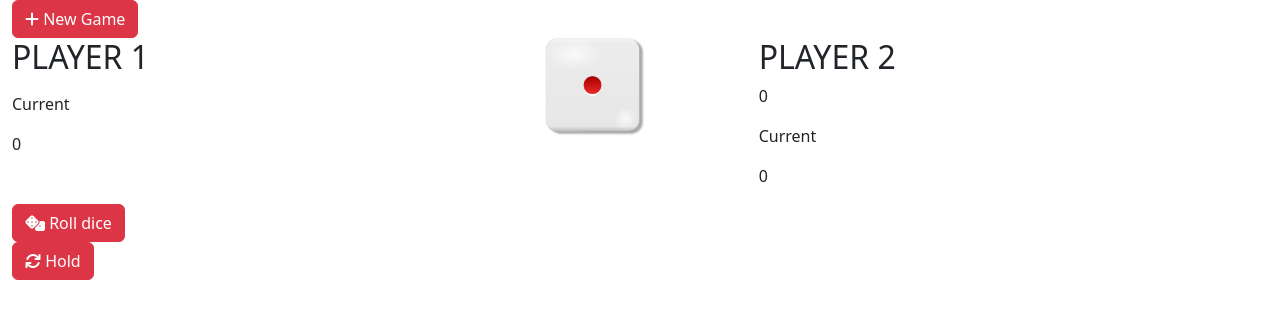
Repository: haifabilel/Eval_JAVASCRIPT
Page: index.html
An editor plug-in stored every save of this project. The page is shown before and after the next save, followed by the edit.
The browser window is 1280 px wide. The pictures show the whole page.
Some web libraries are served in a nearby version.

Above is the page before, as saved 2023-06-02 17:52:57.

### index.html
<!DOCTYPE html>
<html lang="fr">
<head>
    <meta charset="UTF-8">
    <meta http-equiv="X-UA-Compatible" content="IE=edge">
    <meta name="viewport" content="width=device-width, initial-scale=1.0">
    <title>GameEval</title>
    <!-- Bootstrap -->
    <link href="https://cdn.jsdelivr.net/npm/bootstrap@5.3.0-alpha3/dist/css/bootstrap.min.css" rel="stylesheet" integrity="sha384-KK94CHFLLe+nY2dmCWGMq91rCGa5gtU4mk92HdvYe+M/SXH301p5ILy+dN9+nJOZ" crossorigin="anonymous">
    <!-- Bootstrap icons CSS -->
    <link rel="stylesheet" href="https://cdn.jsdelivr.net/npm/bootstrap-icons@1.6.1/font/bootstrap-icons.css">
    <!-- font awesome cdn link-->
    <link rel="stylesheet" href="https://cdnjs.cloudflare.com/ajax/libs/font-awesome/6.3.0/css/all.min.css" integrity="sha512-SzlrxWUlpfuzQ+pcUCosxcglQRNAq/DZjVsC0lE40xsADsfeQoEypE+enwcOiGjk/bSuGGKHEyjSoQ1zVisanQ==" crossorigin="anonymous" referrerpolicy="no-referrer">
    <!-- CSS Link -->
    <link rel="stylesheet" href="style.css">
</head>
<body>
    <div class="container-fluid" >
     <header>
         <button class="btn btn_newGame btn-danger"><i class="fa-solid fa-plus"></i> New Game</button>
    </header>
    <main>
        <div class="row">
            <!-- Player One  -->
            <div class="col-sm-5 mx-auto">
                <section class="player player_0 player_active">
                    <h2 class="label" id="label_0">PLAYER 1</h2>
                    <p class="score" id="score_0" ></p>
                    <div class="current">
                        <p class="current_label">Current</p>
                        <p class="current_score" id="current_0">0</p>
                    </div>
                </section>
            </div>
            <!-- Dice image -->
            <div class="col-sm-2 mx-auto">
                <img src="/asset//dice1.png" alt="imageDice" class="dice" style="width: 100px;">
            </div>
             <!-- Player Tow  -->
             <div class="col-sm-5 mx-auto">
                <section class="player player_1">
                    <h2 class="label" id="label_1">PLAYER 2</h2>
                    <p class="score" id="score_1">0</p>
                    <div class="current">
                        <p class="current_label">Current</p>
                        <p class="current_score" id="current_1">0</p>
                    </div>
                </section>
             </div>
        </div>
    </main>
    <!-- Button RollDice -->
    <div class="button_roll">
        <button class="btn btn_hold btn-danger"><i class="fa-solid fa-dice"></i> Roll dice</button>
    </div>
    <div class="button_hold">
        <button class="btn btn_hold btn-danger"><i class="fa-solid fa-arrows-rotate"></i> Hold</button>
    </div>
    </div>


    <script src="https://code.jquery.com/jquery-3.5.1.slim.min.js" integrity="sha384-DfXdz2htPH0lsSSs5nCTpuj/zy4C+OGpamoFVy38MVBnE+IbbVYUew+OrCXaRkfj" crossorigin="anonymous"></script>
    <script src="https://cdn.jsdelivr.net/npm/popper.js@1.16.0/dist/umd/popper.min.js" integrity="sha384-Q6E9RHvbIyZFJoft+2mJbHaEWldlvI9IOYy5n3zV9zzTtmI3UksdQRVvoxMfooAo" crossorigin="anonymous"></script>
    <script src="https://cdn.jsdelivr.net/npm/bootstrap@5.3.0-alpha3/dist/js/bootstrap.bundle.min.js" integrity="sha384-ENjdO4Dr2bkBIFxQpeoTz1HIcje39Wm4jDKdf19U8gI4ddQ3GYNS7NTKfAdVQSZe" crossorigin="anonymous"></script>
    <script src="script.js"></script>
</body>
</html>

### style.css
@import url('https://fonts.googleapis.com/css2?family=Lato:ital,wght@1,300;1,400;1,700&display=swap');
*{
    font-family: ;
}

Loaded but not shown: script.js (no copy from this time; the picture is the same without it)

After the next save:
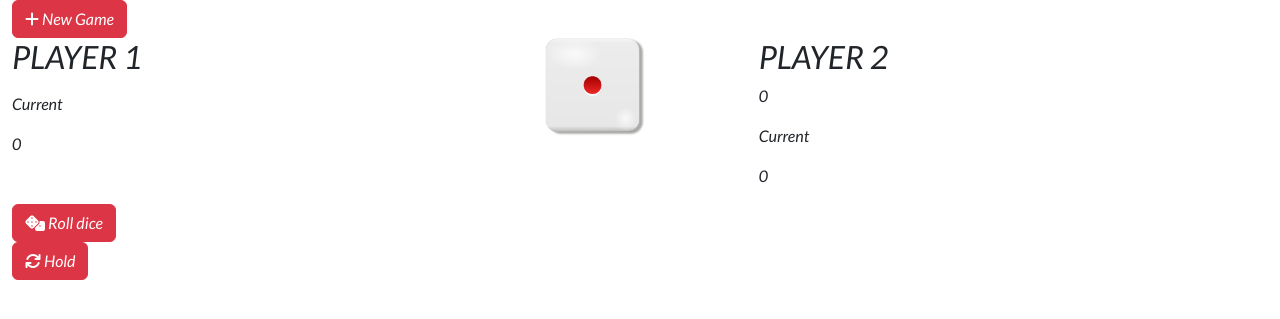
Saved 5 s later.
--- a/style.css
+++ b/style.css
@@ -1,4 +1,4 @@
 @import url('https://fonts.googleapis.com/css2?family=Lato:ital,wght@1,300;1,400;1,700&display=swap');
 *{
-    font-family: ;
+    font-family: Lato;
 }
